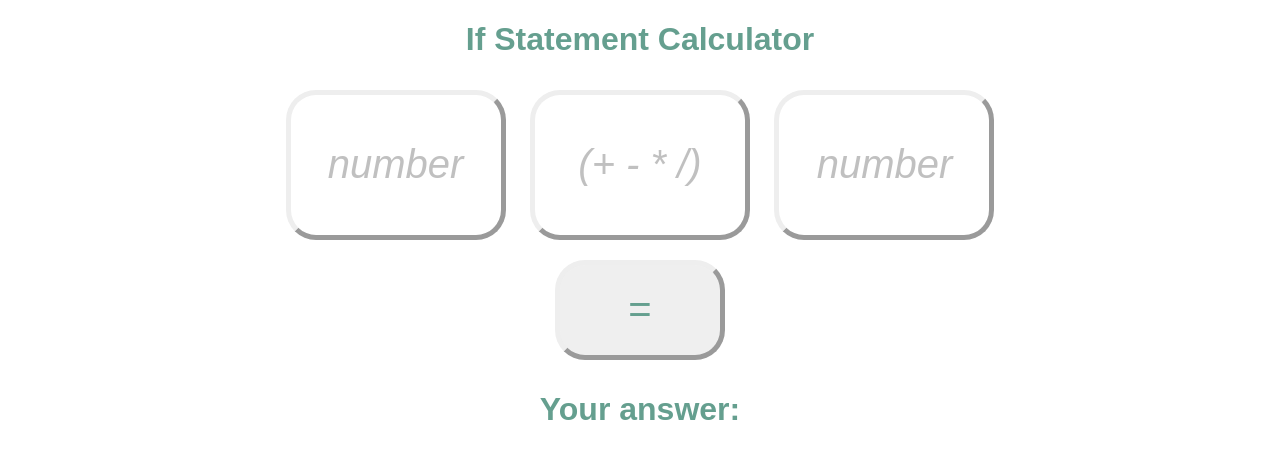
Repository: WesleyErasmus/threeInputCalculator
Page: html/if-calculator.html
An editor plug-in stored every save of this project. The page is shown before and after the next save, followed by the edit.
The browser window is 1280 px wide. The pictures show the whole page.

Above is the page before, as saved 2022-04-27 22:50:04.

### html/if-calculator.html
<!DOCTYPE html>
<html lang="en">
<head>
    <meta charset="UTF-8">
    <meta http-equiv="X-UA-Compatible" content="IE=edge">
    <meta name="viewport" content="width=device-width, initial-scale=1.0">
    <title>JS If Calculator</title>
    <link rel="stylesheet" href="/css/stylesheet.css">
    <script src="/js/if-calculator.js"></script>
</head>
<body>

<center>
    <form onsubmit="return false;">
        <h1>If Statement Calculator</h1>
         <input id="input1" type="text" name = "input1" placeholder="number"> <!-- input-1 -->
         <input id="input3" type="text" name = "input3" placeholder="(+ - * /)"> <!-- input-3 (operator) -->
         <input id="input2" type="text" name = "input2" placeholder="number"> <!-- input-2 -->
        <div>
         <button onclick="sum()">=</button>
        </div>
         <h1>Your answer:</h1>
         <p id="output"></p>
    </form>
</center>
</body>
</html>

### css/stylesheet.css
body {
font-family: sans-serif;
/* background-color: #9e9e9e; */
}
h1 {
    color: #659f8f;
}
form {
display: block;
margin: 0 auto;
}
input {
    /* background-color: #9e9e9e; */
    width: 170px;
    height: 100px;
    padding: 20px;
    margin: 10px;
    text-align: center;
    font-size: 40px;
    border-radius: 30px;
    border: 5px outset;
}
button {
    color: #659f8f;
    width: 170px;
    height: 100px;
    padding: 0;
    margin: 10px;
    font-size: 40px;
    border-radius: 30px;
    border: 5px outset;
}
p {
    text-align: center;
    margin: 10px;
    padding: 20px;
    font-size: 75px;
    border-radius: 10px;
    color: #d5613a;
}
::placeholder {
    color: #9e9e9ea6;
    font-style: italic;
}

### js/if-calculator.js
function sum() {
const num1 = document.getElementById("input1").value;
const num2 = document.getElementById("input2").value;
const operator = document.getElementById("input3").value;
const output = document.getElementById("output").value;
  let answer;
  document.getElementById("output").value;
  if (operator == '+') {
    answer = +num1 + +num2;
    document.getElementById("output").innerHTML = answer;
  } else if (operator == '-') {
    answer = num1 - num2;
    document.getElementById("output").innerHTML = answer;
  } else if (operator == '*') {
    answer = num1 * num2;
    document.getElementById("output").innerHTML = answer;
  } else {
    answer = num1 / num2;
    document.getElementById("output").innerHTML = answer;
  }console.log(answer);
}

After the next save:
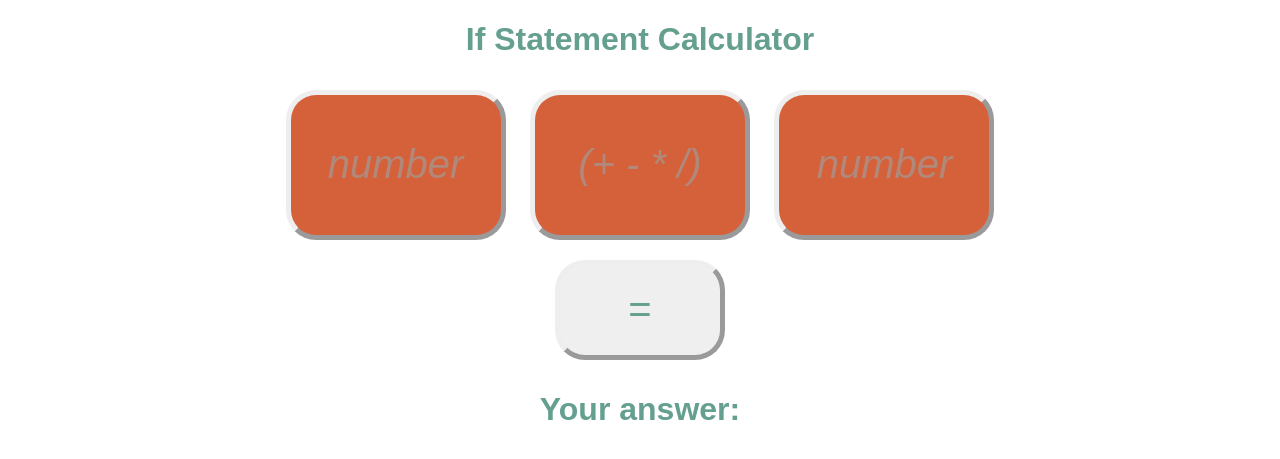
Saved 36 s later.
--- a/css/stylesheet.css
+++ b/css/stylesheet.css
@@ -10,7 +10,7 @@ display: block;
 margin: 0 auto;
 }
 input {
-    /* background-color: #9e9e9e; */
+    background-color: #d5613a;
     width: 170px;
     height: 100px;
     padding: 20px;

After the save that followed:
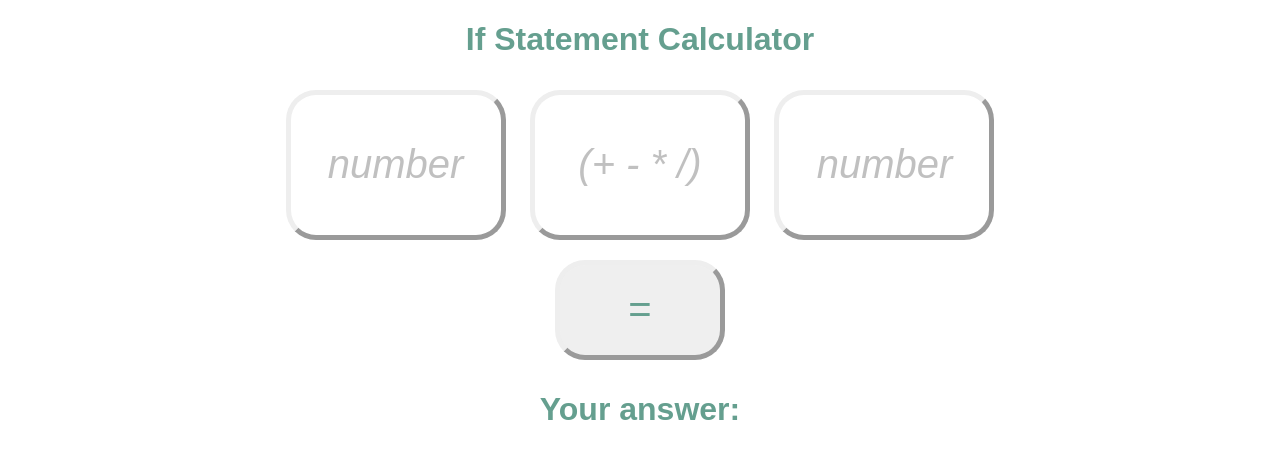
Saved 11 s later.
--- a/css/stylesheet.css
+++ b/css/stylesheet.css
@@ -10,7 +10,6 @@ display: block;
 margin: 0 auto;
 }
 input {
-    background-color: #d5613a;
     width: 170px;
     height: 100px;
     padding: 20px;
